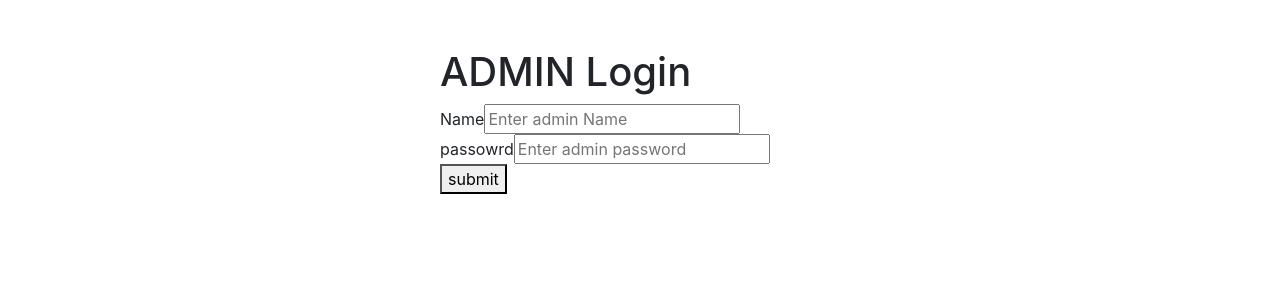
Repository: parthikjadav/parthik-react-practicle-exam
Page: /
These files come from the project's save history. The page is drawn as it stood at one moment and after the next save; the edit follows.
The browser window is 1280 px wide. The pictures show the whole page.
The project was rebuilt for these pictures with package versions that can differ from the ones it lists, and the page was loaded fresh each time. Requests to the local data server were answered from the project's data file. Also part of the build but not shown: src/App.css, src/componet/page/Reservationform.jsx, src/componet/page/Reservationlist.jsx, src/componet/header/navdata.js, src/componet/header/Navbar.jsx.

Above is the page before, as saved 2024-05-16 10:36:04.

After the next save:
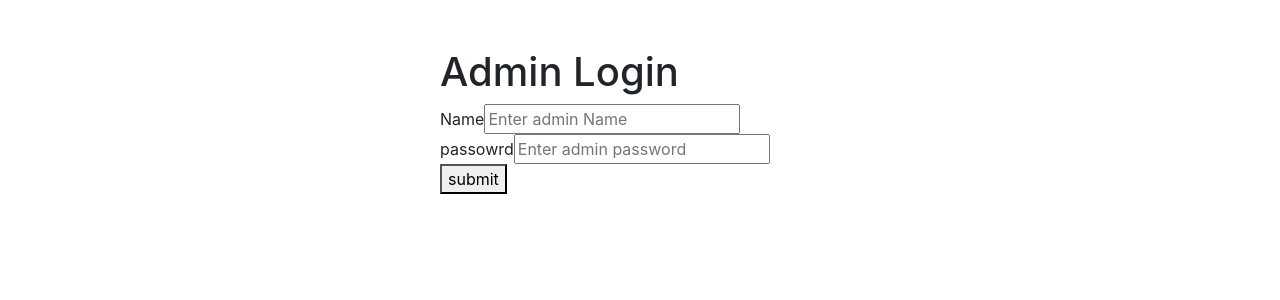
Saved 19 s later.
--- a/src/componet/page/Adminlogin.jsx
+++ b/src/componet/page/Adminlogin.jsx
@@ -22,7 +22,7 @@ const Adminlogin = () => {
     return (
         <>
             <div class="mx-auto m-5" style={{ width: "400px" }}>
-            <h1>ADMIN Login </h1>
+            <h1>Admin Login </h1>
                 <label>Name  </label>
                 <input type="text" placeholder='Enter admin Name' ref={name} /><br />
                 <label>passowrd </label>
